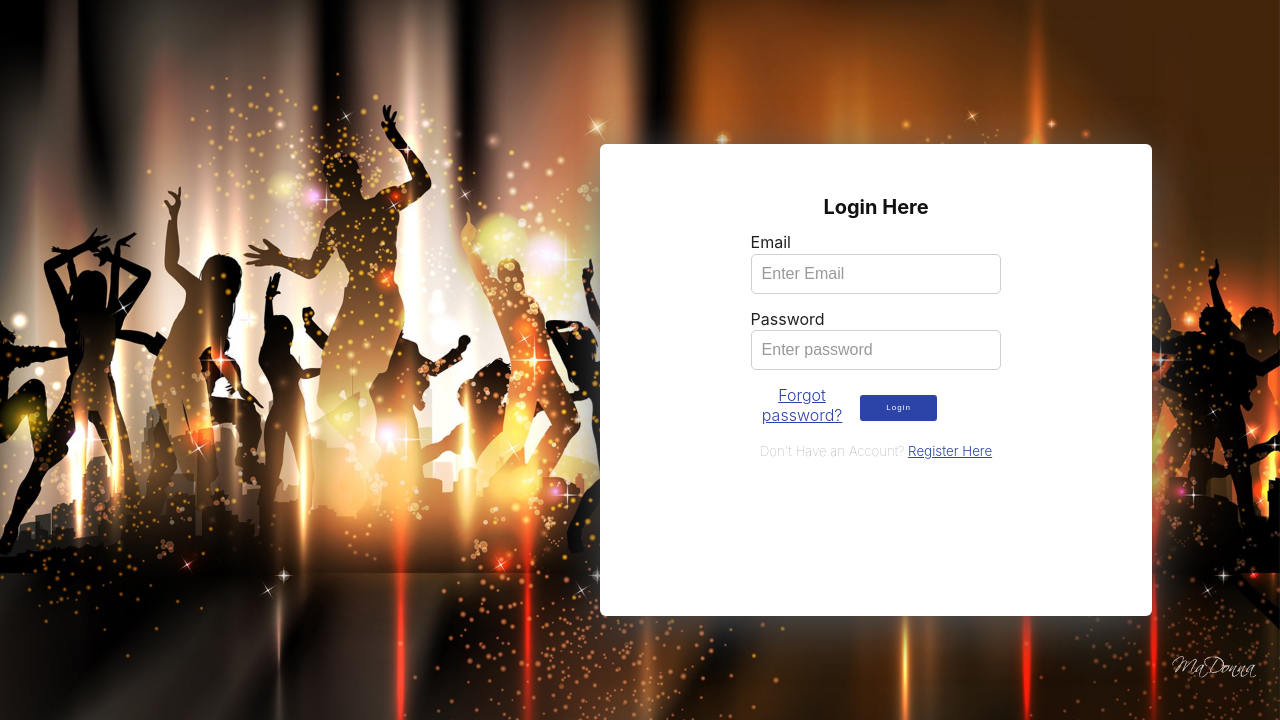
Repository: Fortune-Labs/Event-management-system-CapstoneG3
Page: /login (app in frontend/)
These files come from the project's save history. The page is drawn as it stood at one moment and after the next save; the edit follows.
The browser window is 1280 px wide. The pictures show the whole page.
The project was rebuilt for these pictures with package versions that can differ from the ones it lists, and the page was loaded fresh each time. Also part of the build but not shown: frontend/src/components/LoginSignup/errorMessages.js, frontend/src/components/LoginSignup/register.jsx, frontend/src/components/LoginSignup/verificationCode.jsx, frontend/src/components/LoginSignup/passwordReset.jsx.

Above is the page before, as saved 2020-09-09 13:22:30.

### frontend/src/App.js
import React from "react";
import "./App.css";
import Register from "./components/LoginSignup/register";
import Login from "./components/LoginSignup/login";
import passwordReset from "./components/LoginSignup/passwordReset";
import { BrowserRouter, Switch, Route } from "react-router-dom";

function App() {
  return (
    <div className="App">
      <BrowserRouter>
        <Switch>
          <div className="App">
            <Route path="/login" component={Login} />
            <Route path="/passwordReset" component={passwordReset} />
            <Route exact path="/register" component={Register} />
          </div>
        </Switch>
      </BrowserRouter>
    </div>
  );
}

export default App;

### frontend/src/components/LoginSignup/login.jsx
import React, { Component } from "react";
import "./style.css";
import { Link } from "react-router-dom";

class Login extends Component {
  render() {
    return (
      <div className="login-wrapper">
        <div className="login-form-wrapper">
          <h1 className="login-header">Login Here</h1>

          <form className="login-form">
            <div className="login-email">
              <label>Email</label>
              <input type="text" name="email" placeholder="Enter Email" />
            </div>

            <div className="login-password">
              <label>Password</label>
              <input
                name="password"
                type="password"
                placeholder="Enter password"
                required
              ></input>
            </div>

            <div className="login">
              <Link to="/passwordReset" className="forgot">
                Forgot password?
              </Link>
              <button className="btn">Login</button>
            </div>
            <div>
              <small>
                Don't Have an Account? <Link to="register">Register Here</Link>
              </small>
            </div>
          </form>
        </div>
      </div>
    );
  }
}

export default Login;

### frontend/src/components/LoginSignup/style.css
.wrapper {
  height: 100vh;
  width: 100%;
  display: flex;
  flex-direction: column;
  justify-content: center;
  align-items: center;
  background-color: #f2f2f2;
  margin: 0;
}

.form-wrapper {
  /* height: 100%; */
  min-height: 25rem;
  width: 30%;
  display: flex;
  flex-direction: column;
  padding: 20px;
  border-radius: 6px;
  box-shadow: 0px 10px 50px #555;
  background-color: #ffffff;
}

.register-form {
  width: 100%;
  display: flex;
  flex-wrap: wrap;
  align-items: center;
  justify-content: center;
}

.register-header {
  text-align: center;
  width: 100%;
  color: #111;
  font-size: 16px;
  font-weight: bold;
  font-family: -apple-system, BlinkMacSystemFont, "Segoe UI", Roboto, Oxygen,
    Ubuntu, Cantarell, "Open Sans", "Helvetica Neue", sans-serif;
}

label {
  font-size: 16px;
  margin-bottom: 0.09em;
  color: #222;
  font-weight: 12px;
  float: left;
  text-align: left;
}

input[type="text"],
select {
  padding: 10px 10px;
  border-radius: 5px;
  outline: none;
  border: 1px solid #cfcfcf;
  font-size: 0.8em;
}
input[type="password"] {
  padding: 10px 10px;
  border-radius: 5px;
  outline: none;
  border: 1px solid #cfcfcf;
  font-size: 0.6em;
}

input[type="tel"] {
  padding: 10px 10px;
  border-radius: 5px;
  outline: none;
  border: 1px solid #cfcfcf;
  font-size: 0.6em;
}
input::placeholder {
  font-size: 1em;
  font-weight: lighter;
  color: #999;
}

.firstName,
.email,
.cpassword,
.phone {
  margin-right: 1%;
}

.lastName,
.password,
.address,
.username {
  margin-left: 1%;
}

.firstName,
.lastName,
.email,
.password,
.cpassword,
.phone,
.address,
.username {
  display: flex;
  flex-direction: column;
  margin-bottom: 15px;
}

.firstName,
.lastName,
.email,
.password,
.cpassword,
.address,
.phone,
.username {
  width: 49%;
}

.register {
  width: 100%;
  display: flex;
  flex-direction: column;
  align-items: center;
}

.register button {
  background-color: #2c43a8;
  color: #fff;
  border: 2px solid #fff;
  border-radius: 5px;
  width: 40%;
  margin-top: 1em;
  padding: 8px 0px;
  font-size: 0.7em;
  font-weight: lighter;
  letter-spacing: 1px;
  margin-bottom: 0.25em;
}

.register button:hover {
  color: #519e8a;
  background-color: #fff;
  border: 2px solid #519e8a;
}

.register small {
  color: #999;
  font-weight: lighter;
}
/* Login style */

.login-wrapper {
  height: 100vh;
  width: 100%;
  display: flex;
  flex-direction: column;
  justify-content: center;
  align-items: center;
  background-image: url("../Images/login-background.jpg");
  background-size: cover;
  background-color: #f2f2f2;
  margin: 0;
  position: relative;
}

.login-form-wrapper {
  height: 60%;
  width: 40%;
  display: flex;
  position: absolute;
  right: 10%;
  margin-right: -25;
  top: 20%;
  margin-top: -25;
  overflow: hidden;
  flex-direction: column;
  padding: 20px;
  border-radius: 6px;
  box-shadow: 0px 10px 50px #555;
  background-color: #ffffff;
}

.login-header {
  text-align: center;
  width: 100%;
  color: #111;
  font-size: 20px;
  font-weight: bold;
  margin-top: 6%;
  font-family: -apple-system, BlinkMacSystemFont, "Segoe UI", Roboto, Oxygen,
    Ubuntu, Cantarell, "Open Sans", "Helvetica Neue", sans-serif;
}

.login-form-wrapper input {
  padding: 10px 10px;
  border-radius: 5px;
  outline: none;
  border: 1px solid #cfcfcf;
  font-size: 1em;
}

.login-form-wrapper input::placeholder {
  font-size: 1em;
  font-weight: lighter;
  color: #999;
}
.login-form {
  width: 100%;
  display: flex;
  flex-direction: column;
  align-items: center;
  justify-content: center;
}

.login-email,
.login-password {
  display: flex;
  flex-direction: column;
  margin-bottom: 15px;
  width: 49%;
  text-align: center;
  justify-content: center;
}

.login {
  display: flex;
  flex-direction: row;
  margin-bottom: 15px;
}
.login link {
  margin-right: 10%;
}
.login {
  display: flex;
  flex-direction: row;
  margin-right: 10%;
}

.login button {
  background-color: #2c43a8;
  color: #fff;
  border: 2px solid #fff;
  border-radius: 5px;
  width: 200%;
  margin-top: 1em;
  margin-left: 1rem;
  padding: 8px 0px;
  font-size: 0.5em;
  font-weight: lighter;
  letter-spacing: 1px;
  margin-bottom: 0.25em;
}

.login button:hover {
  color: #519e8a;
  background-color: #fff;
  border: 2px solid #519e8a;
}

small {
  color: #999;
  font-weight: lighter;
}

/* general anchor tags */
a:link,
a:visited {
  color: #2c43a8;
  font-weight: 300;
}

a:hover,
a:active {
  color: #519e8a;
}

/* Extra small devices (phones, 600px and down) */
@media only screen and (max-width: 480px) {
  .form-wrapper {
    /* height: 100%; */
    min-height: 15rem;
    width: 80%;
  }
}
@media only screen and (max-width: 770px) {
  .form-wrapper {
    /* height: 100%; */
    min-height: 15rem;
    margin-top: 2rem;
    width: 80%;
  }
  .wrapper {
    height: 100%;
    padding: 2rem !important;
  }
}

@media only screen and (max-width: 812px) {
  .form-wrapper {
    /* height: 100%; */
    min-height: 15rem;
    margin-top: 2rem;
    width: 80%;
  }
  .wrapper {
    height: 100%;
    padding: 0 0 5rem;
  }
}

Loaded but not shown: frontend/public/index.html (common file); frontend/src/index.js (common file); frontend/src/index.css (common file); frontend/src/serviceWorker.js (common file); frontend/src/App.css (common file)

After the next save:
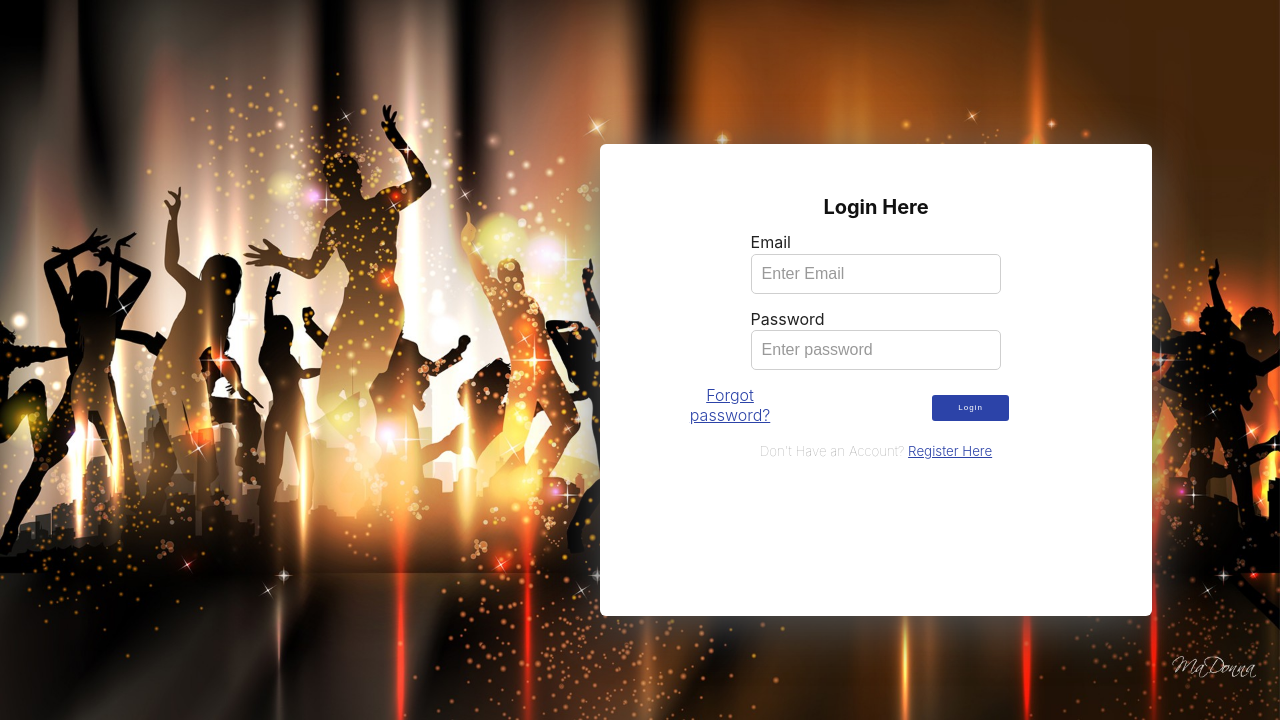
Saved 29 s later.
--- a/frontend/src/components/LoginSignup/style.css
+++ b/frontend/src/components/LoginSignup/style.css
@@ -242,7 +242,7 @@ input::placeholder {
   border-radius: 5px;
   width: 200%;
   margin-top: 1em;
-  margin-left: 1rem;
+  margin-left: 10rem;
   padding: 8px 0px;
   font-size: 0.5em;
   font-weight: lighter;
